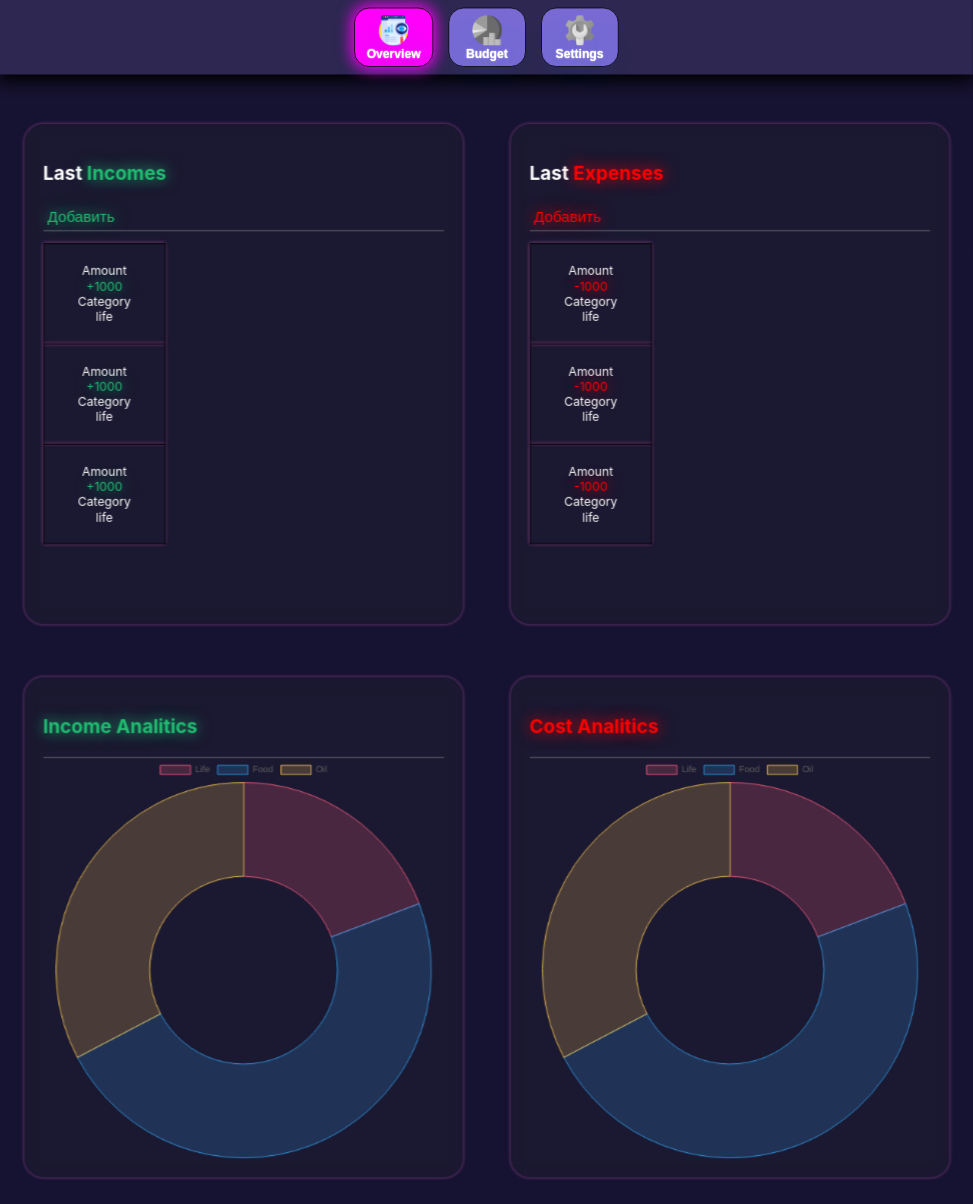
Repository: Minkeani/Money-Manager
Page: /Overview
The author's editor kept a copy of each file at every save. The page is drawn from the files as they stood at one save, then again after the next save.
The browser window is 1280 px wide. The pictures show the whole page, at 76% of full size.
The project was rebuilt for these pictures with package versions that can differ from the ones it lists, and the page was loaded fresh each time. Also part of the build but not shown: src/components/Budget/Budget.module.css, src/components/Budget/Budget.jsx, src/components/Settings/Settings.jsx, src/components/NotFound/NotFound.module.css, src/components/NotFound/NotFound.jsx.

Above is the page before, as saved 2022-07-17 18:57:16.

After the next save:
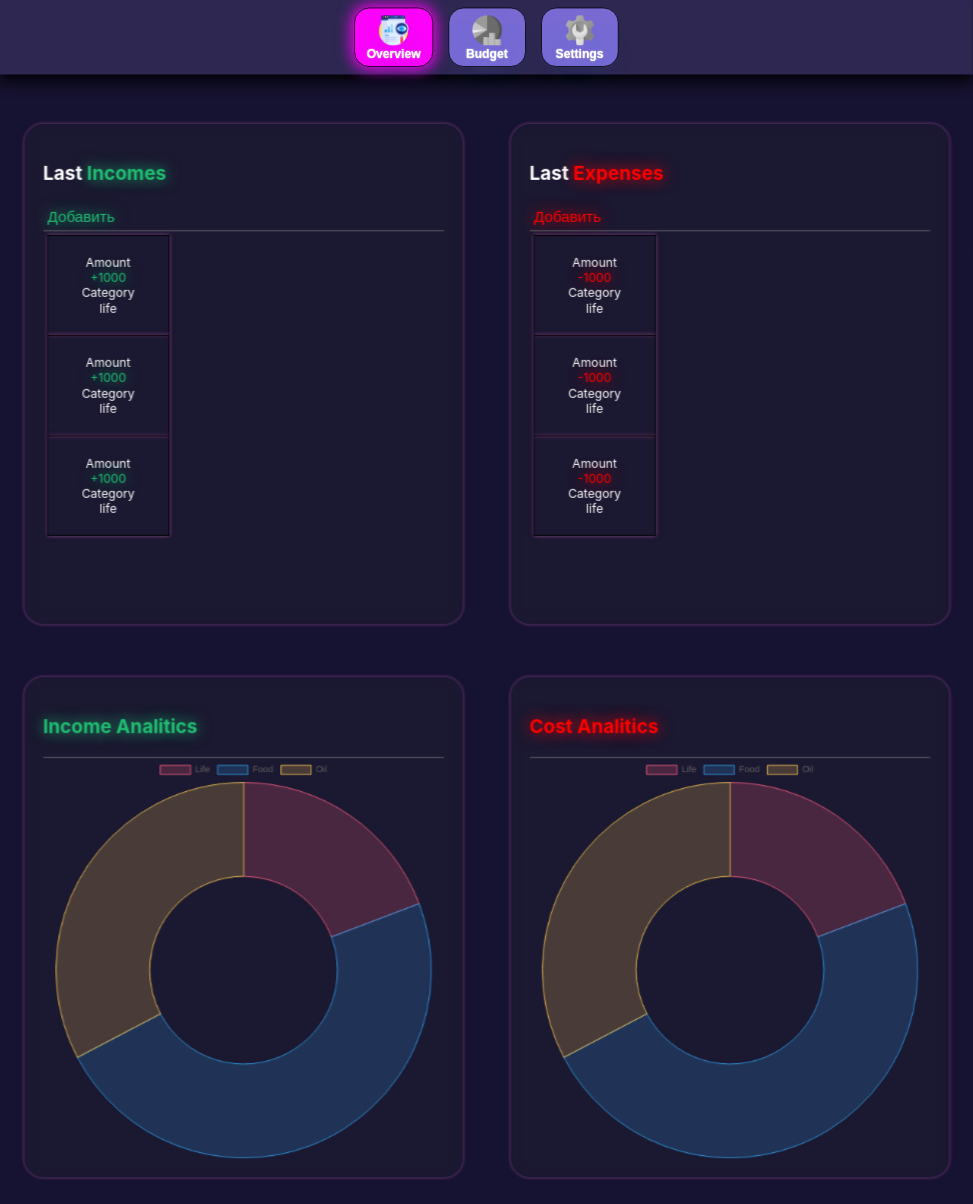
Saved 56 s later.
--- a/src/components/OverviewBlocks/OverviewBlock/Overview.module.css
+++ b/src/components/OverviewBlocks/OverviewBlock/Overview.module.css
@@ -51,6 +51,7 @@
 .list {
     list-style-type: none;
     padding: 0;
+    margin: 5px;
 }
 
 .listCont {

After the save that followed:
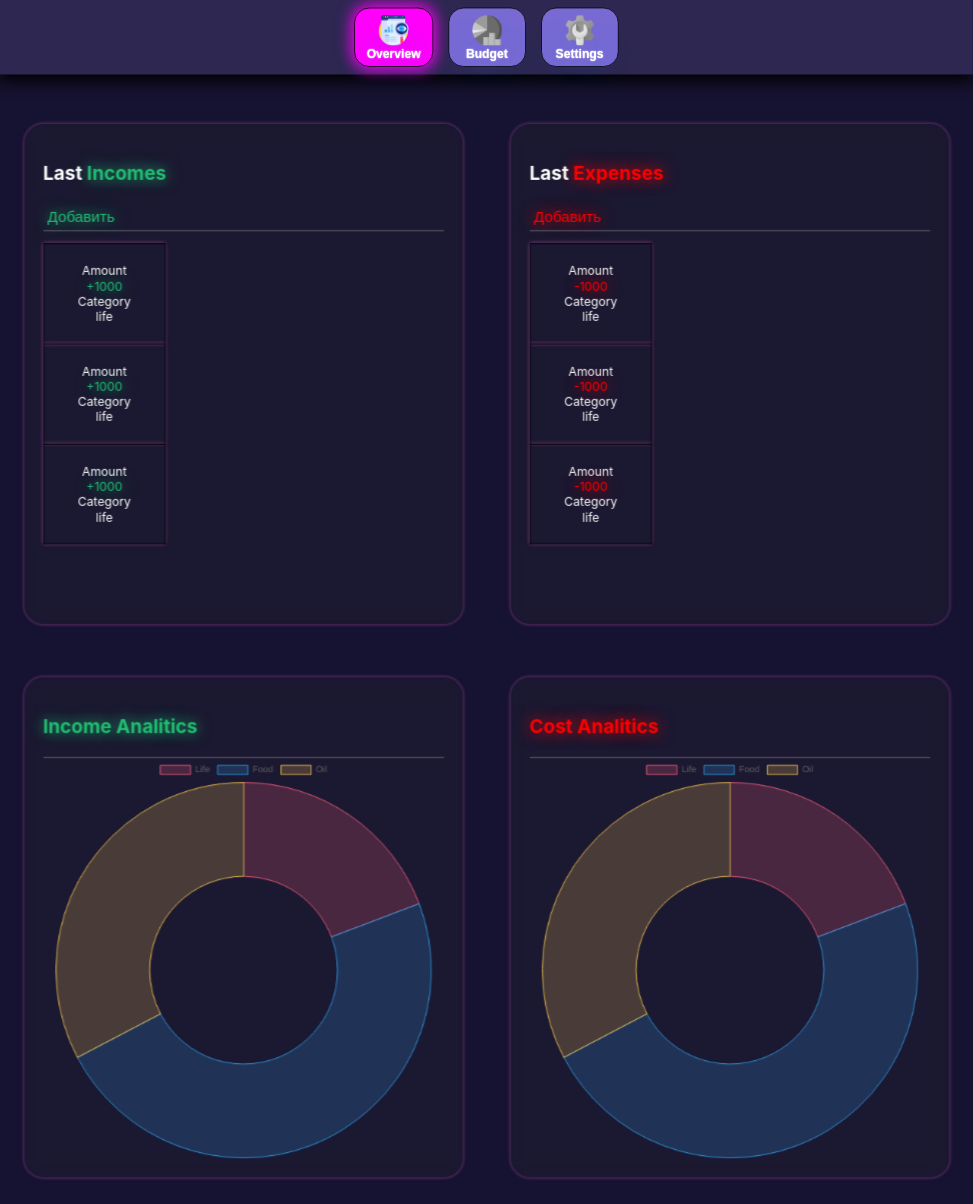
Saved 6 s later.
--- a/src/components/OverviewBlocks/OverviewBlock/Overview.module.css
+++ b/src/components/OverviewBlocks/OverviewBlock/Overview.module.css
@@ -51,7 +51,6 @@
 .list {
     list-style-type: none;
     padding: 0;
-    margin: 5px;
 }
 
 .listCont {
